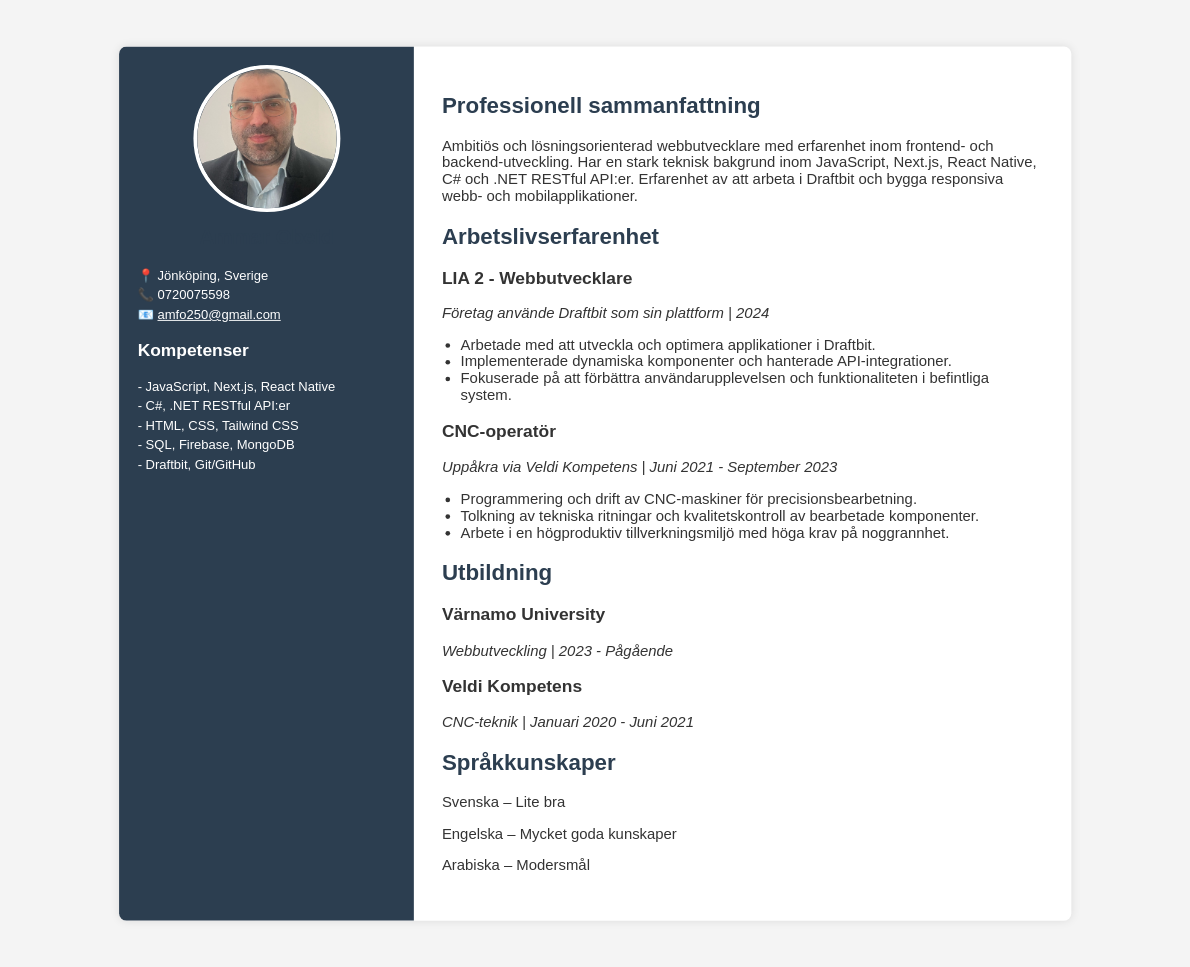
Repository: aobeid1979/AmmarObeid
Page: index.html
These files come from the project's save history. The page is drawn as it stood at one moment and after the next save; the edit follows.
The browser window is 1280 px wide. The pictures show the whole page, at 93% of full size.

Above is the page before, as saved 2025-03-19 12:24:46.

After the next save:
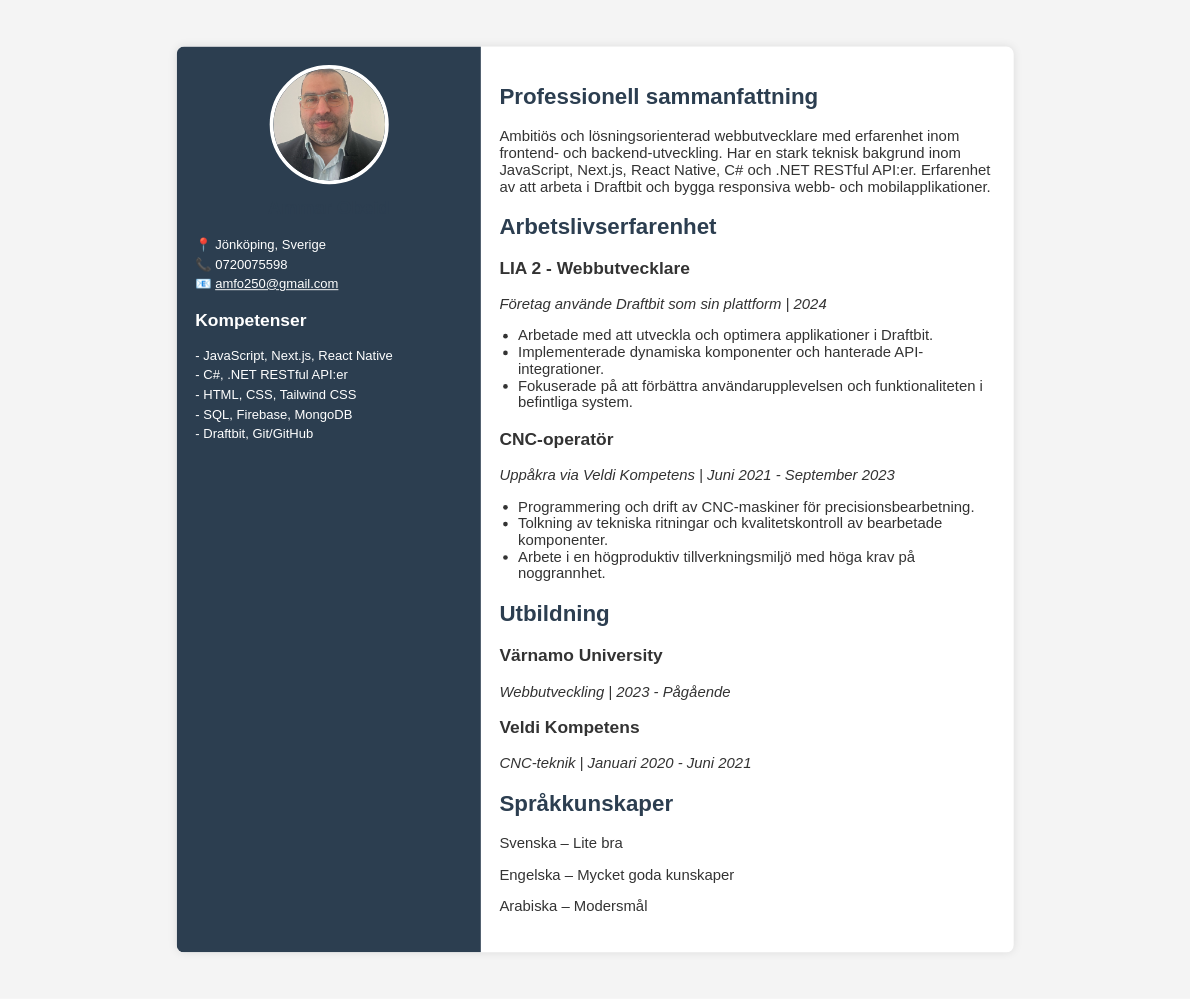
Saved 3 min 43 s later.
--- a/index.html
+++ b/index.html
@@ -14,7 +14,7 @@
         }
         .container {
             display: flex;
-            width: 80%;
+            max-width: 900px;
             margin: 50px auto;
             background: white;
             border-radius: 8px;
@@ -24,20 +24,20 @@
         .left-panel {
             background-color: #2c3e50;
             color: white;
-            width: 30%;
+            width: 35%;
             padding: 20px;
             text-align: center;
         }
         .left-panel img {
-            width: 150px;
-            height: 150px;
+            width: 120px;
+            height: 120px;
             border-radius: 50%;
             object-fit: cover;
             border: 4px solid white;
         }
         .left-panel h2 {
             margin-top: 10px;
-            font-size: 22px;
+            font-size: 20px;
         }
         .contact-info, .skills {
             text-align: left;
@@ -48,8 +48,8 @@
             font-size: 14px;
         }
         .right-panel {
-            width: 70%;
-            padding: 30px;
+            width: 65%;
+            padding: 20px;
         }
         h1, h2 {
             color: #2c3e50;
